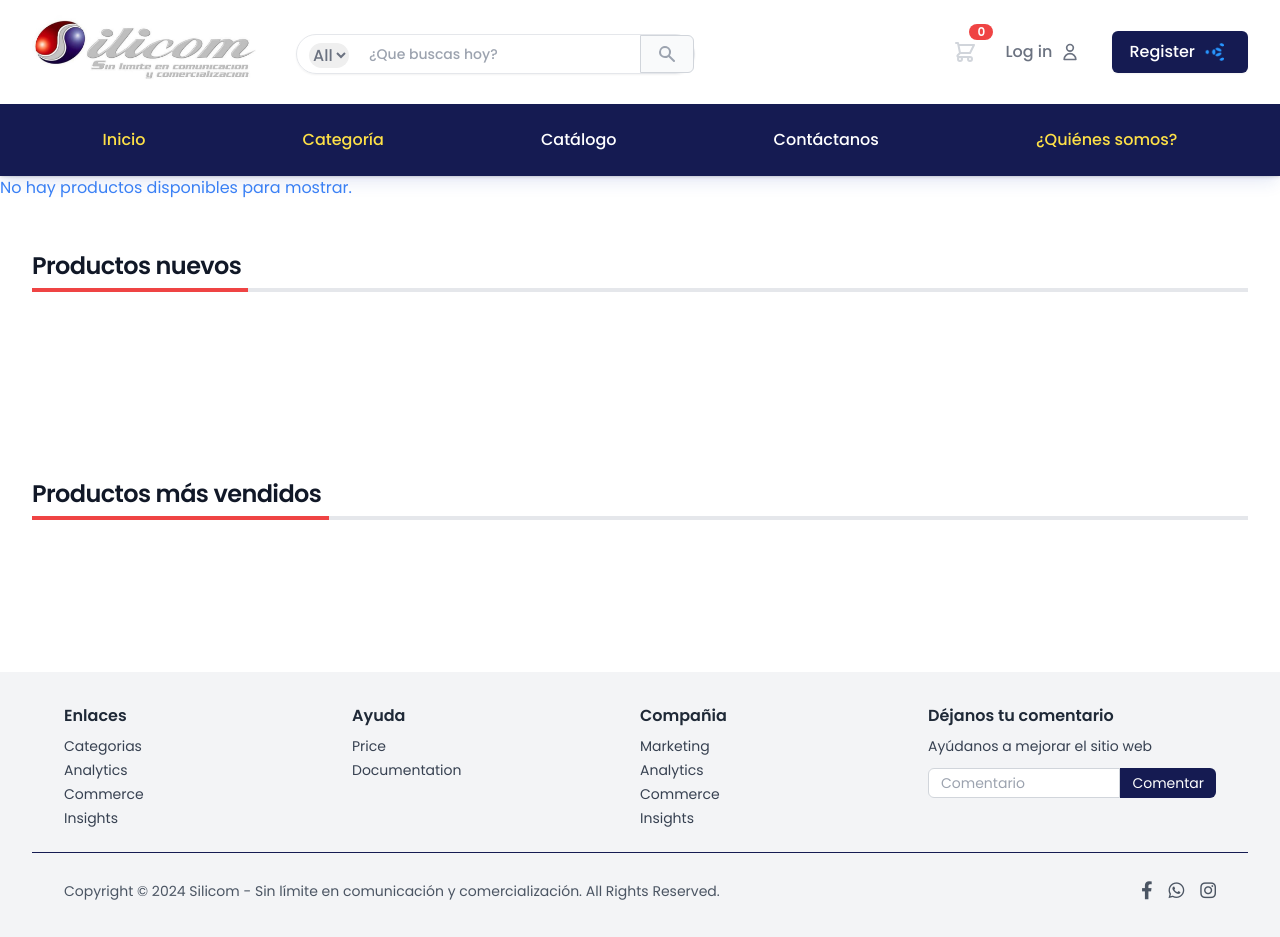
Repository: Francovg18/ecommerce
Page: /checkout
The author's editor kept a copy of each file at every save. The page is drawn from the files as they stood at one save, then again after the next save.
The browser window is 1280 px wide. The pictures show the whole page.
The page's requests for data from a server got no answer. The project was rebuilt for these pictures with package versions that can differ from the ones it lists, and the page was loaded fresh each time. No one was signed in, and anything a server would have sent is missing. Also part of the build but not shown: src/contenedores/errors/Error404.jsx, src/contenedores/auth/Signup.js, src/contenedores/auth/Login.js, src/contenedores/auth/Activate.js, src/contenedores/auth/ResetPassword.js, src/contenedores/auth/ResetPasswordConfirm.js, src/componentes/product/ProductCard.js, src/helpers/fixedPrices.js and 22 more.

Above is the page before, as saved 2025-01-18 00:17:08.

After the next save:
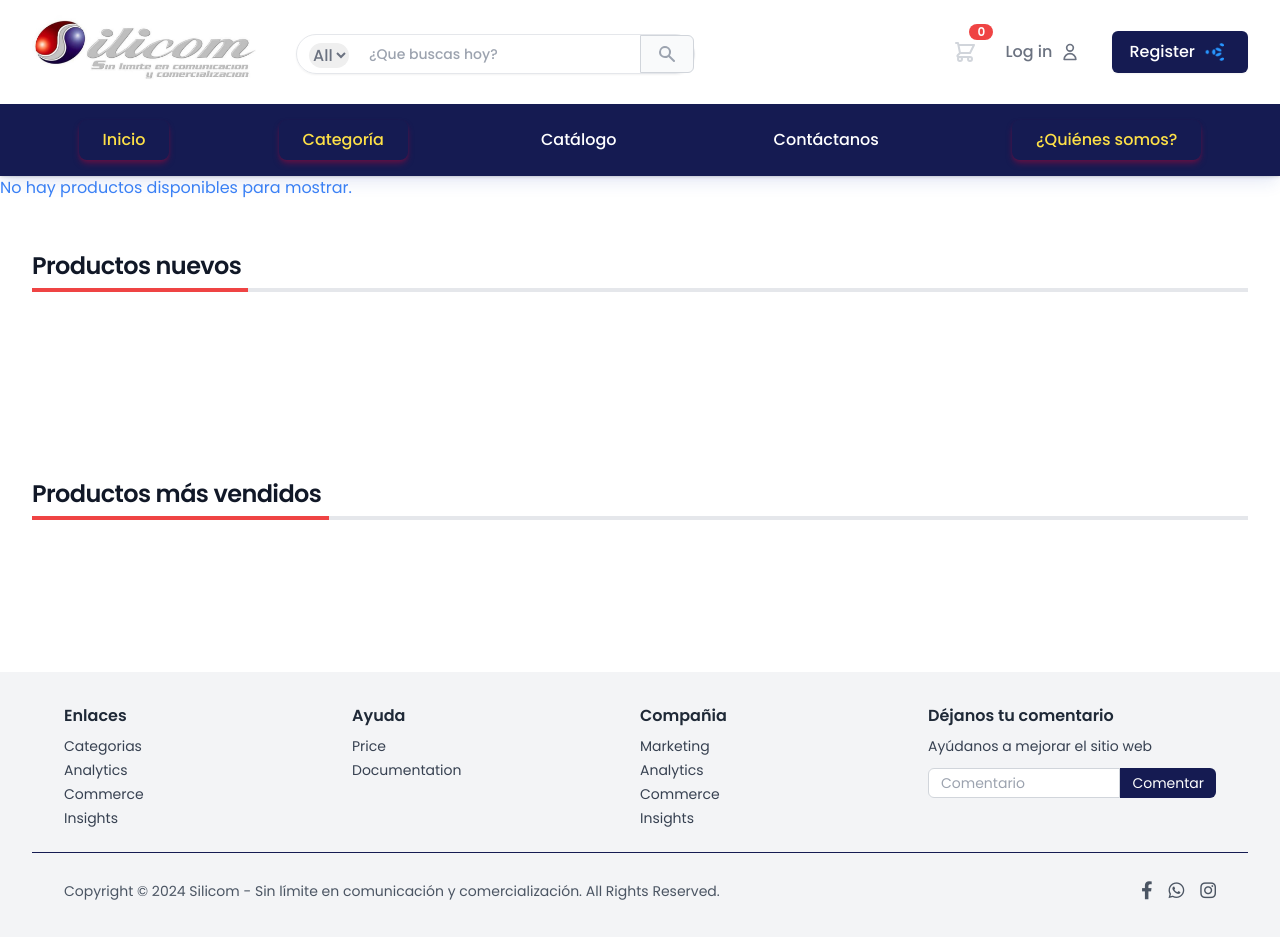
Saved 29 s later.
--- a/src/componentes/navegacion/Navbar.js
+++ b/src/componentes/navegacion/Navbar.js
@@ -203,26 +203,47 @@ function Navbar({
 
       </div>
       <div className="hidden md:flex bg-midnight-blue text-white py-4 px-6 justify-around items-center shadow-lg shadow-blue-800/10">
-  {[
-    { to: "/", label: "Inicio" },
-    { to: "/", label: "Categoría" },
-    { to: "/shop", label: "Catálogo" },
-    { to: "/contactus", label: "Contáctanos" },
-    { to: "/", label: "¿Quiénes somos?" },
-  ].map((item, index) => (
-    <NavLink
-      key={index}
-      to={item.to}
-      className={({ isActive }) =>
-        `relative text-base font-medium transition-all duration-300 ease-in-out px-6 py-2 group
-         ${isActive ? "bg-midnight-blue shadow-[0px_4px_8px_royal-purple/100] text-yellow-300" : "hover:bg-purple-night/70 hover:text-crimson-red"}`
-      }
-    >
-      <span>{item.label}</span>
-    </NavLink>
-  ))}
-</div>
-
+      {[
+        { to: "/", label: "Inicio" },
+        { to: "/", label: "Categoría" },
+        { to: "/shop", label: "Catálogo" },
+        { to: "/contactus", label: "Contáctanos" },
+        { to: "/", label: "¿Quiénes somos?" },
+      ].map((item, index) => (
+        <NavLink
+          key={index}
+          to={item.to}
+          className={({ isActive }) =>
+            `relative text-base font-medium transition-all duration-300 ease-in-out px-6 py-2
+            rounded-lg group ${isActive ? "bg-midnight-blue shadow-md shadow-royal-purple/100 text-yellow-300" : "hover:bg-purple-night/70 hover:text-crimson-red"}`
+          }
+        >
+          <span className="absolute inset-y-0 left-0 flex items-center -translate-x-4 opacity-0 transition-all duration-300 group-hover:translate-x-0 group-hover:opacity-100">
+            <svg
+              xmlns="http://www.w3.org/2000/svg"
+              className="w-4 h-4 text-yellow-300"
+              fill="none"
+              viewBox="0 0 24 24"
+              stroke="currentColor"
+            >
+              <path strokeLinecap="round" strokeLinejoin="round" strokeWidth="2" d="M15 19l-7-7 7-7" />
+            </svg>
+          </span>
+          <span>{item.label}</span>
+          <span className="absolute inset-y-0 right-0 flex items-center translate-x-4 opacity-0 transition-all duration-300 group-hover:translate-x-0 group-hover:opacity-100">
+            <svg
+              xmlns="http://www.w3.org/2000/svg"
+              className="w-4 h-4 text-yellow-300"
+              fill="none"
+              viewBox="0 0 24 24"
+              stroke="currentColor"
+            >
+              <path strokeLinecap="round" strokeLinejoin="round" strokeWidth="2" d="M9 5l7 7-7 7" />
+            </svg>
+          </span>
+        </NavLink>
+      ))}
+    </div>
 
 
       </div>
